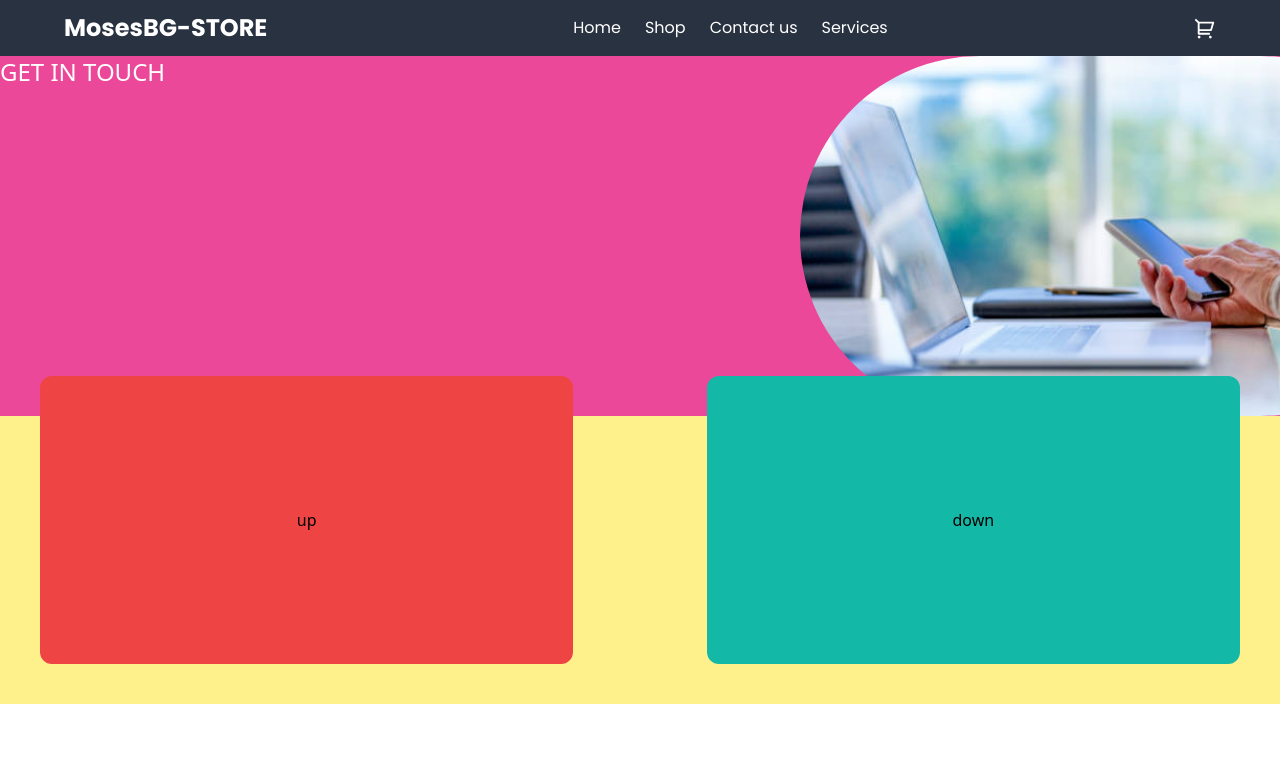
Repository: moshebengan/cart
Page: /fake-store/contact-us
These files come from the project's save history. The page is drawn as it stood at one moment and after the next save; the edit follows.
The browser window is 1280 px wide. The pictures show the whole page.
The project was rebuilt for these pictures with package versions that can differ from the ones it lists, and the page was loaded fresh each time. Also part of the build but not shown: vite.config.js, src/components/Error.jsx, src/utils/data.js, src/utils/apiCalls.js, src/components/Loading.jsx, src/components/Products.jsx, src/components/Footer.jsx, src/pages/HomePage.jsx and 5 more.

Above is the page before, as saved 2024-09-16 08:48:55.

After the next save:
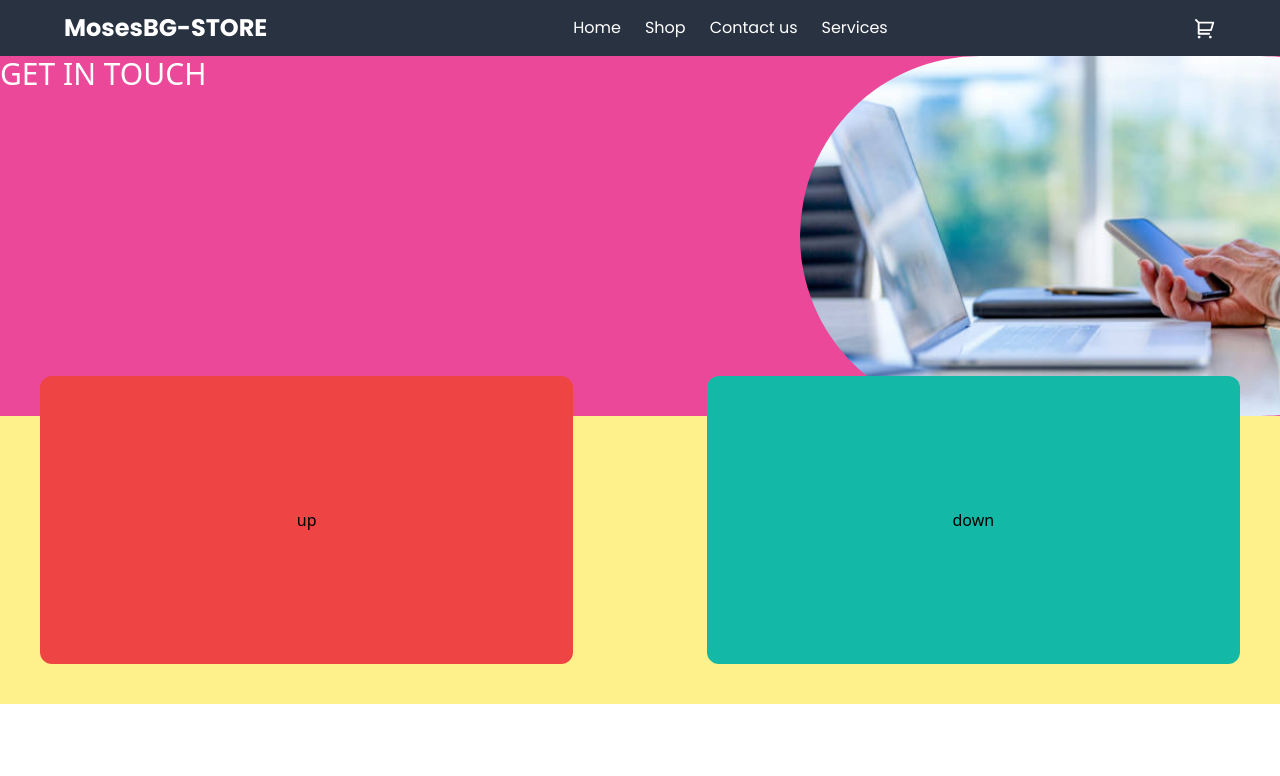
Saved 4 s later.
--- a/src/pages/ContactUs.jsx
+++ b/src/pages/ContactUs.jsx
@@ -5,7 +5,7 @@ const ContactUs = () => {
     <div className="w-full h-screen flex flex-col overflow-x-hidden">
     <div className="bg-dark-blue w-full h-[50%] relative">
         <div className="h-full bg-pink-500 flex flex-col">
-            <h3 className="text-white text-2xl">GET IN TOUCH</h3>
+            <h3 className="text-white text-3xl">GET IN TOUCH</h3>
         </div>
       <img src="/public/contactus2.jpg" alt="" className="w-[50%] h-full absolute -right-40 top-0 rounded-full object-cover"  />
       </div>
